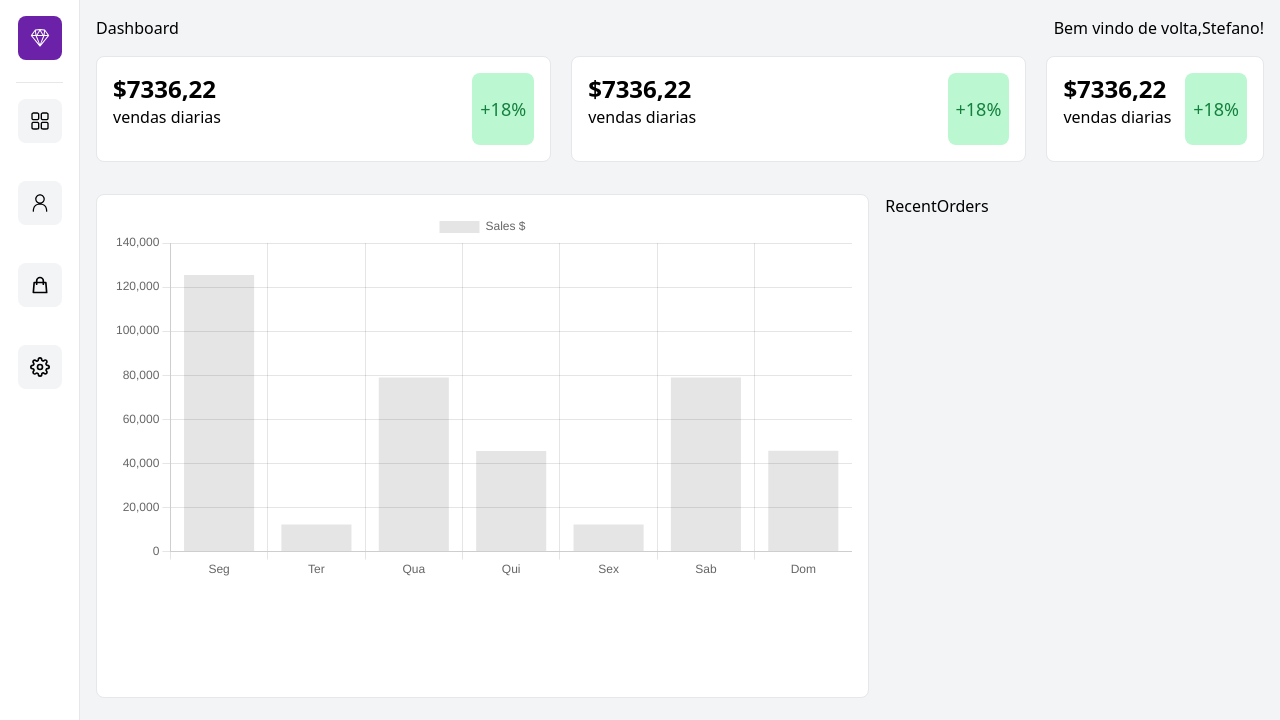
Repository: stefanosousaa/dashboard-next13
Page: /
An editor plug-in stored every save of this project. The page is shown before and after the next save, followed by the edit.
The browser window is 1280 px wide. The pictures show the whole page.
The project was rebuilt for these pictures with package versions that can differ from the ones it lists, and the page was loaded fresh each time. The framework's server and built-in components were replaced by stand-ins that run in the browser. Also part of the build but not shown: next.config.js.

Above is the page before, as saved 2023-05-16 18:19:38.

### pages/_app.js
import Sidebar from '@/components/Sidebar'
import '@/styles/globals.css'

export default function App({ Component, pageProps }) {
  return (
    <Sidebar>
        <Component {...pageProps} />
    </Sidebar>

  )
}

### pages/index.js
import TopCards from '@/components/TopCards';
import Header from '../components/Header';
import Head from 'next/head';
import Image from 'next/image';
import BarChart from '@/components/BarChart';
import RecentOrders from '@/components/RecentOrders';

export default function Home() {
  return (
    <>
      <Head>
        <title>Create Next App</title>
        <meta name="description" content="Generated by create next app" />
        <meta name="viewport" content="width=device-width, initial-scale=1" />
        <link rel="icon" href="/favicon.ico" />
      </Head>

      <main className='bg-gray-100 min-h-screen'>
        <Header/>
        <TopCards/>

        <div className='p-4 grid md:grid-cols-3 grid-col-1 gap-4'>
        <BarChart/>
        <RecentOrders/>
        </div>

      </main>

    </>
  );
};

### components/Sidebar.jsx
import Link from 'next/link'
import Image from 'next/image'
import React from 'react'
import {RxSketchLogo,RxDashboard, RxPerson} from 'react-icons/rx'
import {FiSettings} from 'react-icons/fi'
import {HiOutlineShoppingBag} from 'react-icons/hi'

const Sidebar = ({children}) => {
  return (
    <div className='flex'>
        <div className='fixed w-20 h-screen p-4 bg-white border-r-[1px] flex flex-col justify-between'>
        <div className='flex flex-col items-center'>

          <Link href='/'>
            <div className='bg-purple-800 text-white p-3 rounded-lg inline-block'>
              <RxSketchLogo size={20}/>
            </div>
          </Link>
          <span className='border-b-[1px] border-gray-200 w-full p-2'></span>
          <Link href='/'>
            <div className='bg-gray-100 hover:bg-gray-200 cursor-pointer my-4 p-3 rounded-lg inline-block'>
              <RxDashboard size={20}/>
            </div>
          </Link>
          <Link href='/costumerd'>
            <div className='bg-gray-100 hover:bg-gray-200 cursor-pointer my-4 p-3 rounded-lg inline-block'>
              <RxPerson size={20}/>
            </div>
          </Link>
          <Link href='/orders'>
            <div className='bg-gray-100 hover:bg-gray-200 cursor-pointer my-4 p-3 rounded-lg inline-block'>
              <HiOutlineShoppingBag size={20}/>
            </div>
          </Link>
          <Link href='/'>
            <div className='bg-gray-100 hover:bg-gray-200 cursor-pointer my-4 p-3 rounded-lg inline-block'>
              <FiSettings size={20}/>
            </div>
          </Link>
        </div>
        </div>

        <main className='ml-20 w-full'>{children}</main>
    </div>
  )
}

export default Sidebar

### components/TopCards.jsx
import React from 'react'

const TopCards = () => {
  return (
    <div className='grid lg:grid-cols-5 gap-5 p-4'>
        <div className='lg:col-span-2 col-span-1 bg-white flex justify-between w-full border p-4 rounded-lg'>
           <div className='flex flex-col w-full pb-4'>
            <p className='text-2xl font-bold'>$7336,22</p>
            <p>vendas diarias</p>
        </div>
            <p className='bg-green-200 flex justify-center items-center p-2 rounded-lg'>
                <span className='text-green-700 text-lg'>+18%</span>
            </p>
        </div>
        <div className='lg:col-span-2 col-span-1 bg-white flex justify-between w-full border p-4 rounded-lg'>
           <div className='flex flex-col w-full pb-4'>
           <p className='text-2xl font-bold'>$7336,22</p>
            <p>vendas diarias</p>
           </div>
           <p className='bg-green-200 flex justify-center items-center p-2 rounded-lg'>
                <span className='text-green-700 text-lg'>+18%</span>
            </p>
        </div>
        <div className='bg-white flex justify-between w-full border p-4 rounded-lg'>
           <div className='flex flex-col w-full pb-4'>
           <p className='text-2xl font-bold'>$7336,22</p>
            <p>vendas diarias</p>
           </div>
           <p className='bg-green-200 flex justify-center items-center p-2 rounded-lg'>
                <span className='text-green-700 text-lg'>+18%</span>
            </p>
        </div>
    </div>
  )
}

export default TopCards

### components/Header.jsx
import React from 'react'

const Header = () => {
  return (
    <div className='flex justify-between px-4 pt-4'>
        <h2>Dashboard</h2>
        <h2>Bem vindo de volta,Stefano!</h2>
    </div>
  )
}

export default Header

### components/BarChart.jsx
import React ,{useState,useEffect} from 'react'
import { Bar } from 'react-chartjs-2';
import {
    Chart as ChartJS,
    CategoryScale,
    LinearScale,
    BarElement,
    Title,
    Tooltip,
    Legend
} from 'chart.js';


ChartJS.register(
    CategoryScale,
    LinearScale,
    BarElement,
    Title,
    Tooltip,
    Legend
)

const BarChart = () => {

    const [chartData, setChartData] = useState({
        datasets: [],
    });

    const [chartOptions,setChartOptions] = useState({});

    useEffect(() =>{
     setChartData({
        labels: ['Seg' , 'Ter', 'Qua', 'Qui', 'Sex', 'Sab', 'Dom'],
        datasets: [
            {
                label : 'Sales $',
                data: [125478,12345,78945,45678,12345,78954,45789],
                borderColor: 'rgb(53,162,235)',
                backGroundColor: 'rgb(53,162,235, 0.4)',
            }
        ]
     })

     setChartOptions({

     })
    },[])

  return (

    <>
    <div className='w-full md:col-span-2 relative lg:h-[70vh] h-[50vh] m-auto p-4 border rounded-lg bg-white'>
        <Bar
            data={chartData}
            options={chartOptions}/>
    </div>
    </>

  )
};

export default BarChart

### components/RecentOrders.jsx
import React from 'react'

const RecentOrders = () => {
  return (
    <div>RecentOrders</div>
  )
}

export default RecentOrders

Loaded but not shown: pages/_document.js (common file); styles/globals.css (common file); tailwind.config.js (common file)

After the next save:
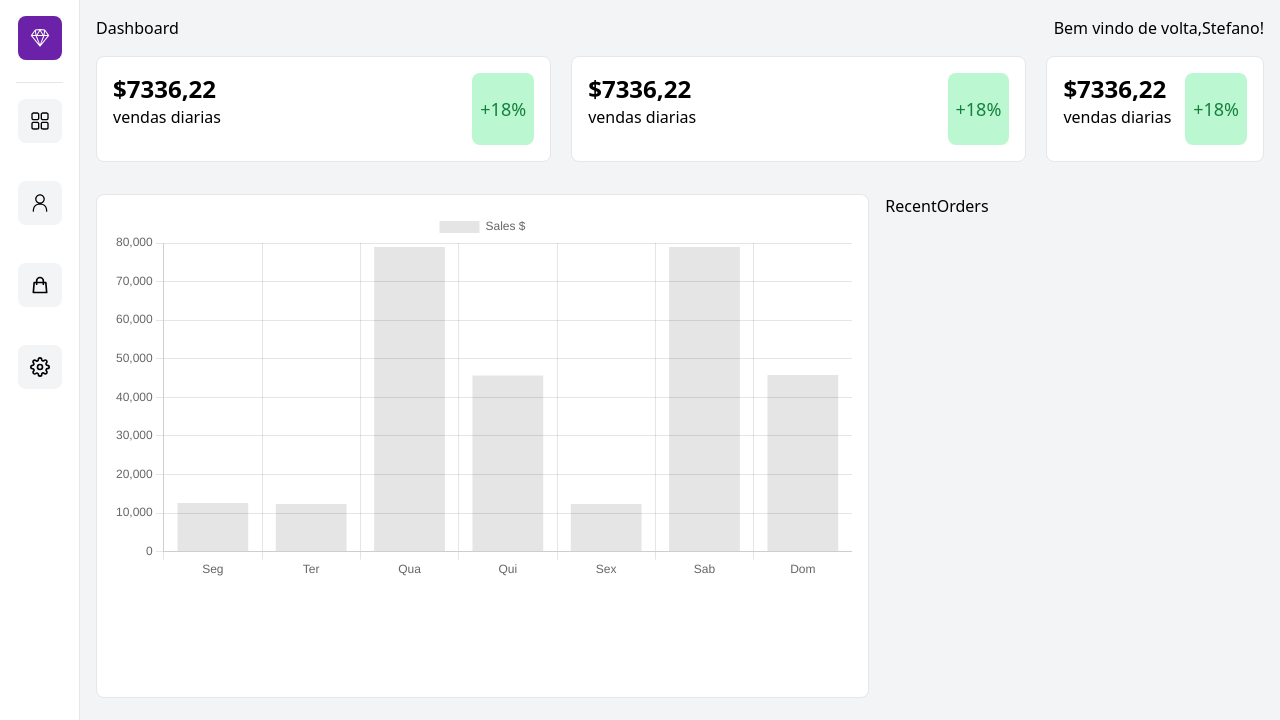
Saved 102 s later.
--- a/components/BarChart.jsx
+++ b/components/BarChart.jsx
@@ -34,9 +34,9 @@ const BarChart = () => {
         datasets: [
             {
                 label : 'Sales $',
-                data: [125478,12345,78945,45678,12345,78954,45789],
-                borderColor: 'rgb(53,162,235)',
-                backGroundColor: 'rgb(53,162,235, 0.4)',
+                data: [12578,12345,78945,45678,12345,78954,45789],
+                borderColor: 'rgb(53, 162, 235)',
+                backGroundColor: 'rgb(53, 162,235, 0.4)',
             }
         ]
      })
